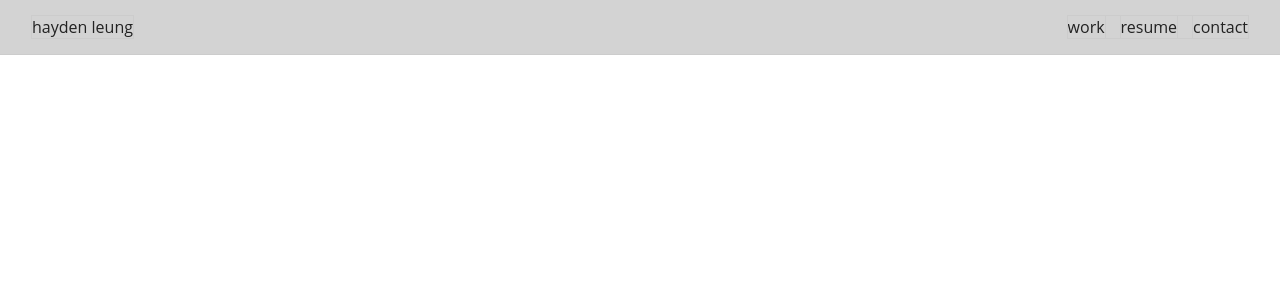
Repository: Haydenleung/Artifact
Page: /
An editor plug-in stored every save of this project. The page is shown before and after the next save, followed by the edit.
The browser window is 1280 px wide. The pictures show the whole page.
The project was rebuilt for these pictures with package versions that can differ from the ones it lists, and the page was loaded fresh each time. The framework's server and built-in components were replaced by stand-ins that run in the browser. Also part of the build but not shown: next.config.mjs.

Above is the page before, as saved 2024-01-26 22:43:43.

After the next save:
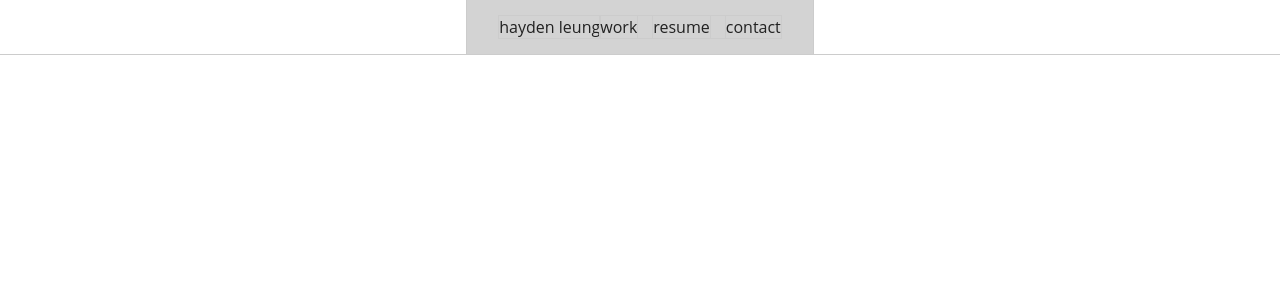
Saved 14 s later.
--- a/src/pages/index.tsx
+++ b/src/pages/index.tsx
@@ -4,7 +4,8 @@ import Navbar from "@/components/Navbar";
 export default function Home() {
   return (
     <main className={"page"}>
-      <Navbar />
+      <div><Navbar /></div>
+
     </main>
   )
 }

After the save that followed:
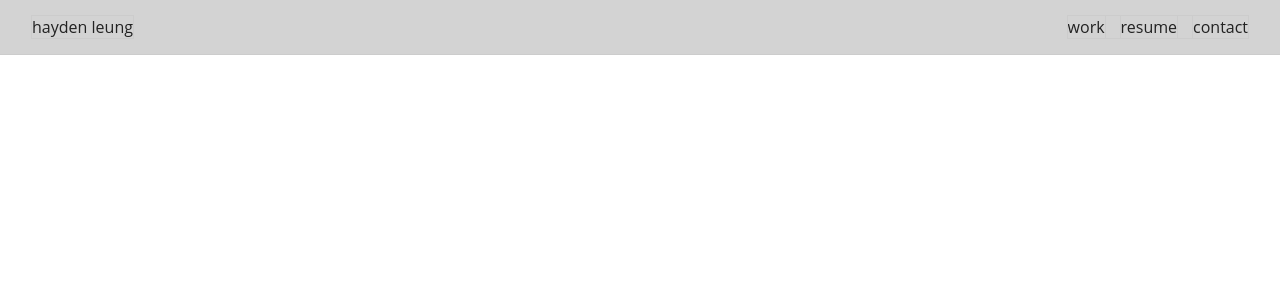
Saved 93 s later.
--- a/src/pages/index.tsx
+++ b/src/pages/index.tsx
@@ -4,7 +4,7 @@ import Navbar from "@/components/Navbar";
 export default function Home() {
   return (
     <main className={"page"}>
-      <div><Navbar /></div>
+      <Navbar />
 
     </main>
   )
